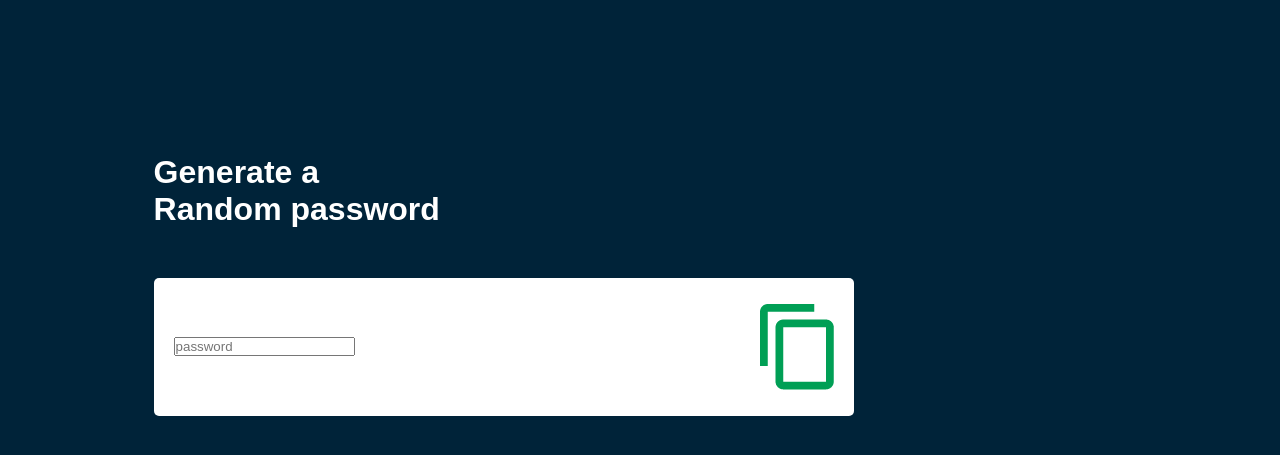
Repository: YAAMAR/password-generator
Page: Random password/index.html
These files come from the project's save history. The page is drawn as it stood at one moment and after a run of saves; the edit follows.
The browser window is 1280 px wide. The pictures show the whole page.

Above is the page before, as saved 2024-05-02 19:01:16.

### Random password/index.html
<!DOCTYPE html>
<html lang="en">
<head>
    <meta charset="UTF-8">
    <meta name="viewport" content="width=device-width, initial-scale=1.0">
    <title>Random Password Generator-Easy Tutorials</title>
    <link rel="stylesheet" href="style.css">
</head>
<body>
    <div class="container">

        <h1>Generate a <br>Random password</h1>
        <div class="display">

            <input type="text" id="password" placeholder="password">
            <img src="images/copy.png">
        </div>
    </div>
</body>
</html>

### Random password/style.css
*{
    margin: 0;
    padding: 0;
    font-family: 'poppins',sans-serif;
    box-sizing: border-box;
}
body{
    background: #002339;
    color: #fff;
}
.container{
    margin: 12%;
    width: 90%;
    max-width: 700px;
}
.display{
    width: 100%;
    margin-top: 50px;
    margin-bottom: 30px;
    background:#fff ;
color: #fff;
display: flex;
align-items: center;
justify-content: space-between;
padding: 26px 20px;
border-radius: 5px;
}
.container h1{
    font-
}

After the next 4 saves:
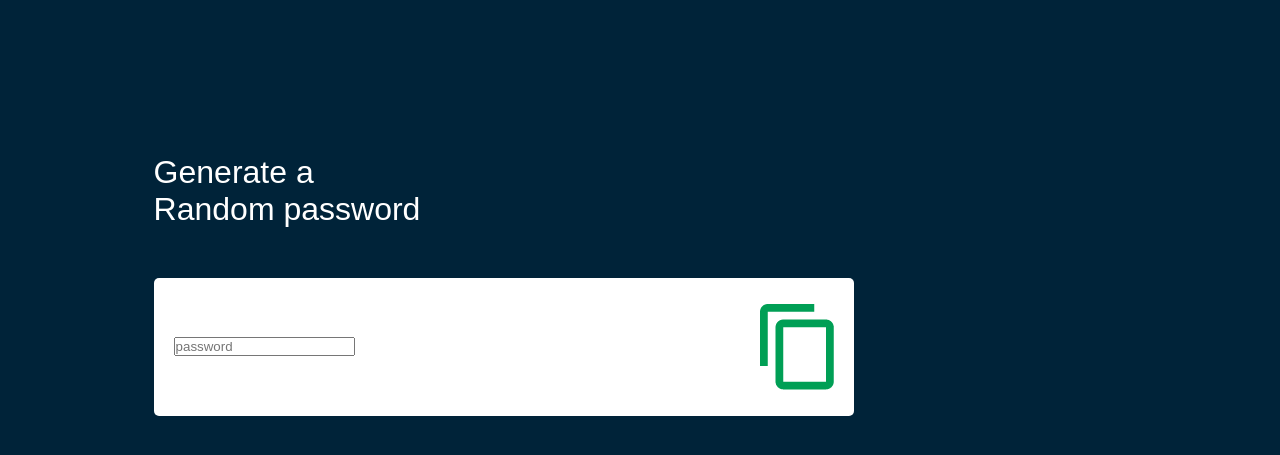
The 4 saves are shown as one change because they came seconds apart.
The last was saved 12 s later.
--- a/Random password/style.css
+++ b/Random password/style.css
@@ -26,5 +26,5 @@ padding: 26px 20px;
 border-radius: 5px;
 }
 .container h1{
-    font-
+    font-weight: 5;
 }
